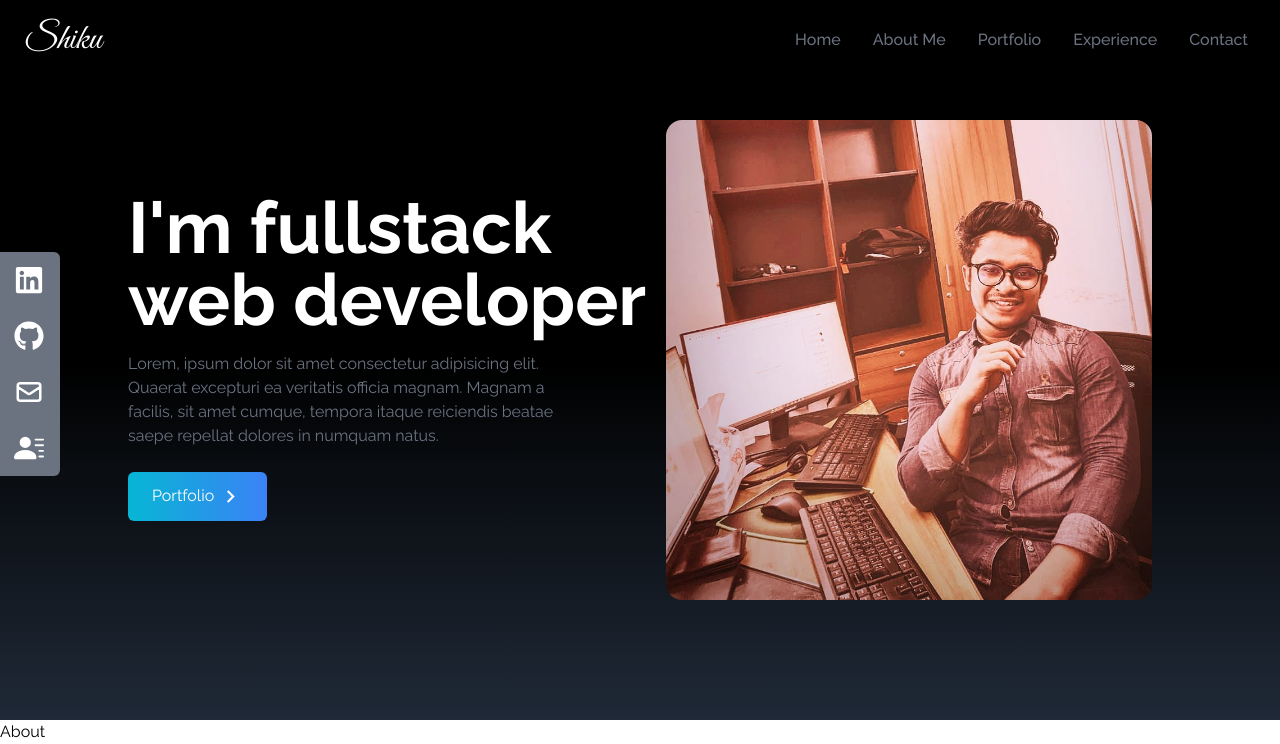
Repository: shikubro90/portfolio2
Page: /
An editor plug-in stored every save of this project. The page is shown before and after a run of saves, followed by the edit.
The browser window is 1280 px wide. The pictures show the whole page.
The project was rebuilt for these pictures with package versions that can differ from the ones it lists, and the page was loaded fresh each time. Imported but missing from the stored project, and not drawn on this page: src/assets/CV.pdf.

Above is the page before, as saved 2022-08-26 13:32:03.

After the next 7 saves:
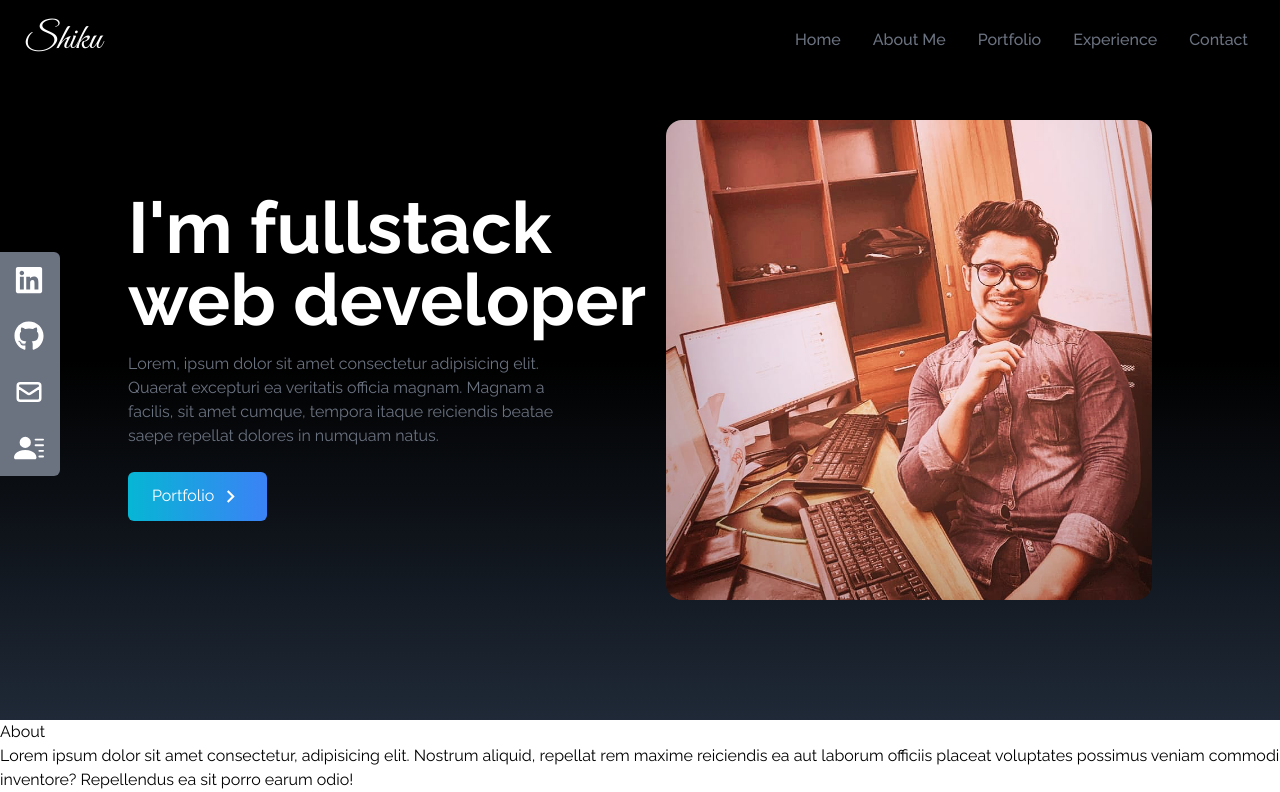
The 7 saves are shown as one change because they came seconds apart.
The last was saved 17 s later.
--- a/src/components/About.jsx
+++ b/src/components/About.jsx
@@ -6,6 +6,10 @@ const About = () => {
       <div>
         <p>About</p>
       </div>
+      <p>
+        Lorem ipsum dolor sit amet consectetur, adipisicing elit. Nostrum aliquid, repellat rem maxime reiciendis ea aut laborum officiis placeat voluptates possimus veniam commodi inventore? Repellendus ea sit porro earum odio!
+      </p>
+
     </div>
   )
 }
